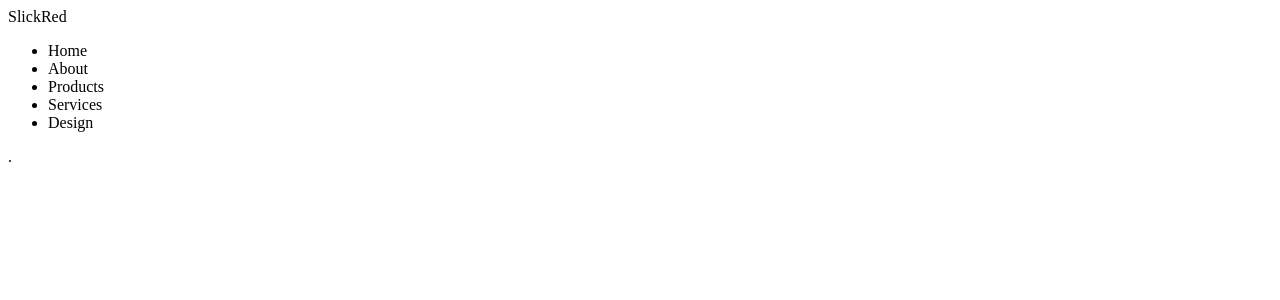
Repository: NgocTruong0701/Self_Learning
Page: html/practice/Baitapweb/Bai4.1.4.html
The author's editor kept a copy of each file at every save. The page is drawn from the files as they stood at one save, then again after the next save.
The browser window is 1280 px wide. The pictures show the whole page.

Above is the page before, as saved 2021-10-05 23:23:41.

### html/practice/Baitapweb/Bai4.1.4.html
<!DOCTYPE html>
<html>
<head>
    <meta charset="UTF-8">
    <meta name="author" content="Lê Ngọc Trường">
    <title>Bài 4 Phiếu 1 Bài 1</title>
    <link rel="stylesheet" type="text/css" href="./Bai4.1.4.css">
</head>
<body>
    <div id="container">
        <header>
            <div class="banner"><span class="first">Slick</span>Red</div>
            <div class="content-menu">
                <ul class="menu">
                    <li>Home</li>
                    <li>About</li>
                    <li>Products</li>
                    <li>Services</li>
                    <li>Design</li>
                </ul>
            </div>
        </header>

        <div class="body">
            .
        </div>
    </div>
</body>
</html>

Loaded but not shown: html/practice/Baitapweb/Bai4.1.4.css (no stored copy; drawn as an empty file)

After the next save:
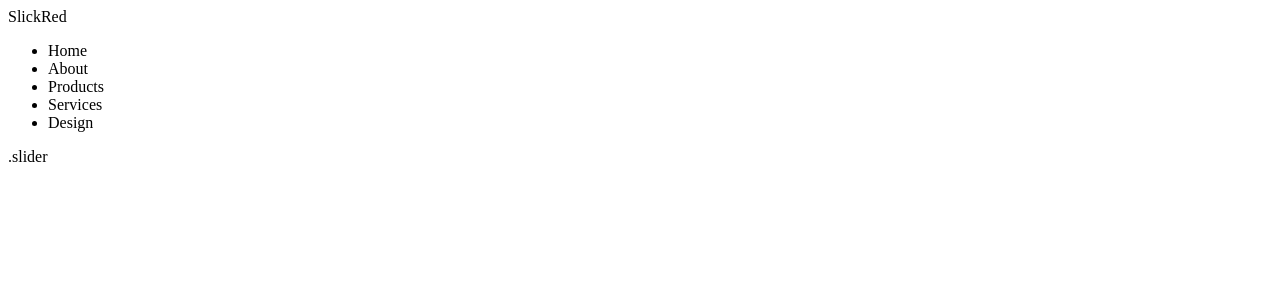
Saved 4 s later.
--- a/html/practice/Baitapweb/Bai4.1.4.html
+++ b/html/practice/Baitapweb/Bai4.1.4.html
@@ -22,7 +22,7 @@
         </header>
 
         <div class="body">
-            .
+            .slider
         </div>
     </div>
 </body>
